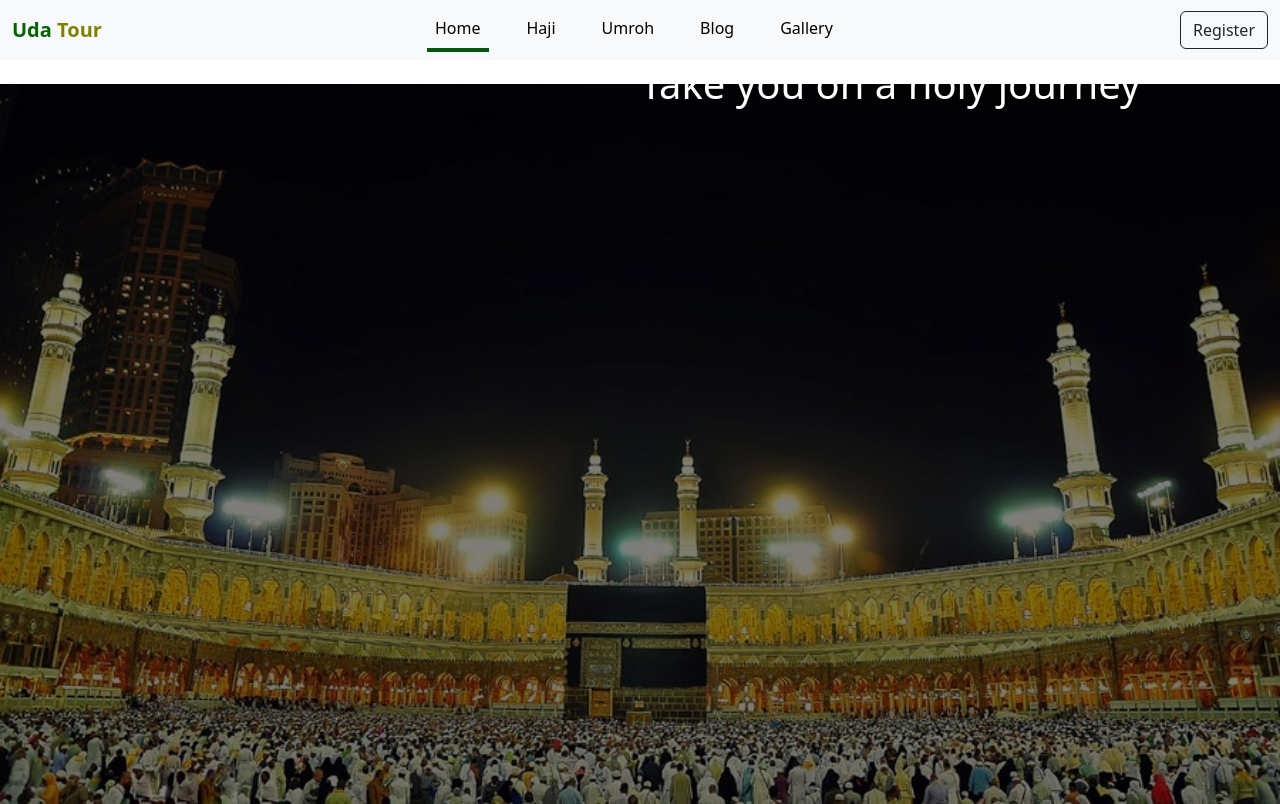
Repository: Putrabobi/Task7
Page: index.html
An editor plug-in stored every save of this project. The page is shown before and after the next save, followed by the edit.
The browser window is 1280 px wide. The pictures show the whole page.

Above is the page before, as saved 2024-03-25 10:41:12.

After the next save:
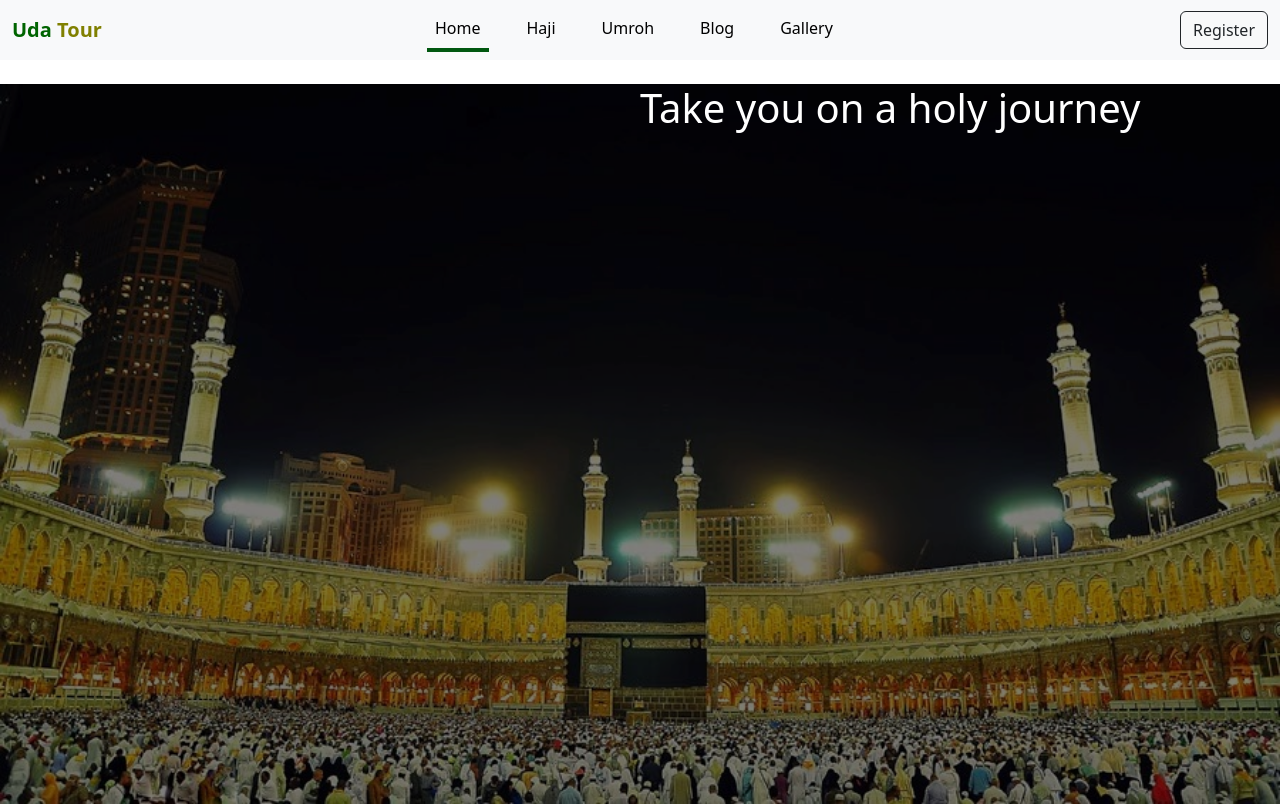
Saved 5 s later.
--- a/index.html
+++ b/index.html
@@ -48,7 +48,7 @@
 
     <div class="container-fluid p-0 position-relative">
         <img src="images/mekkah.jpg" style="filter: brightness(50%);" alt="Mekkah" width="100%">
-        <h1 class="position-absolute start-50 top-0 translate-middle-y text-center" style="color: white;">Take you on a holy journey</h1>
+        <h1 class="position-absolute start-50 top-0 translate-middle- text-center" style="color: white;">Take you on a holy journey</h1>
     </div>
 
 
